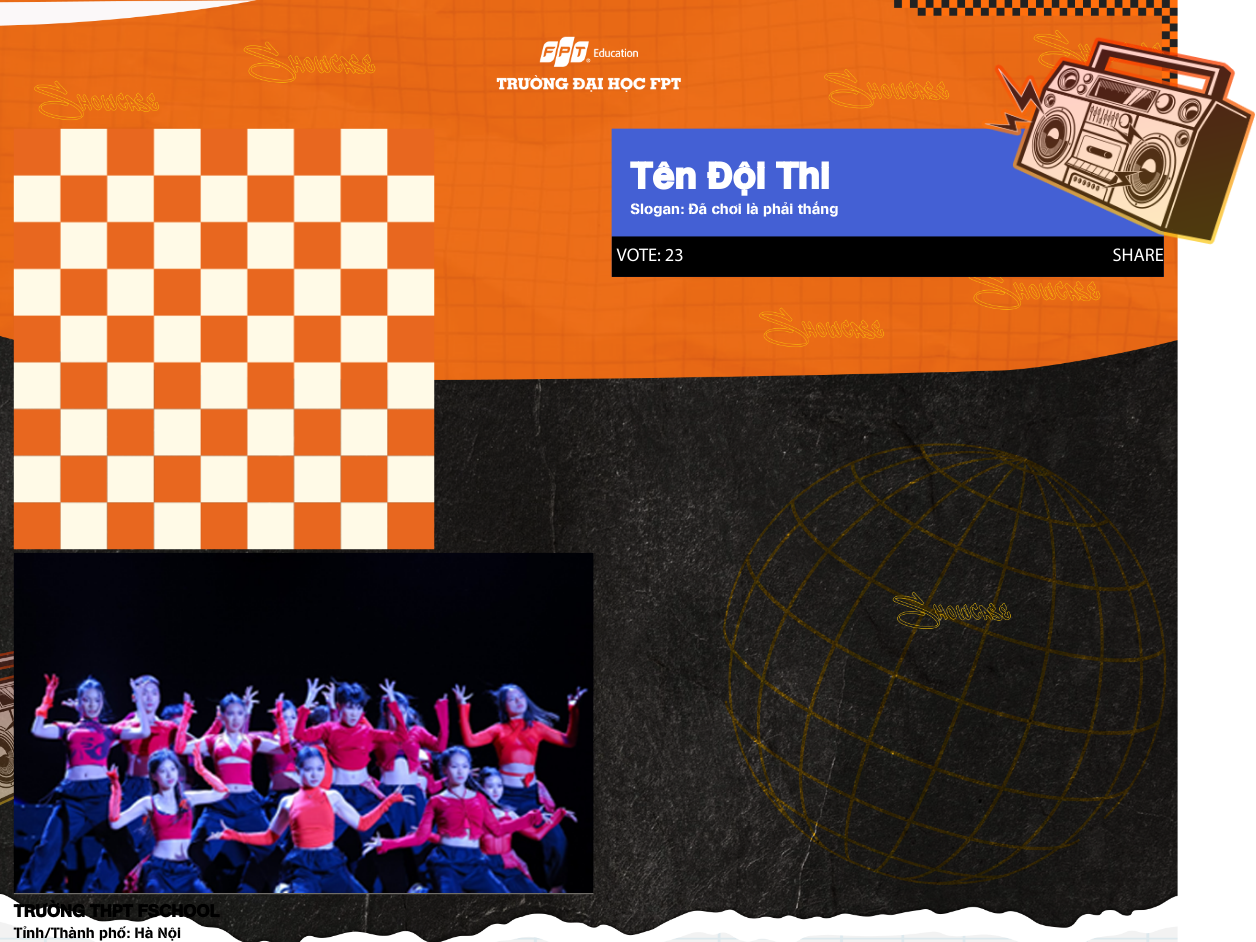
Repository: dinhtri123/hola_fpt
Page: detail.html
These files come from the project's save history. The page is drawn as it stood at one moment and after the next save; the edit follows.
The browser window is 1280 px wide. The page is 1365 px wide, so the pictures cover 1365 px, including what lies to the right of the window. The pictures show the whole page, at 92% of full size.

Above is the page before, as saved 2025-01-04 22:46:51.

### detail.html
<!DOCTYPE html>
<html lang="en">

<head>
  <meta charset="UTF-8">
  <meta name="viewport" content="width=device-width, initial-scale=1.0">
  <title>Detail</title>
  <link rel="stylesheet" href="styles.css">
</head>

<body>
  <section class="detail">
    <img src="./images/detail-bg.png" class="detail-bg" alt="">
    <div class="container">
      <a href="#" class="detail-logo">
        <img src="./images/logo.png" alt="">
      </a>
      <div class="detail-top">
        <div class="detail-top-left">
          <img src="./images/detail-img1.png" class="detail-top-left-bg" alt="">
          <img src="./images/detail-img.png" class="detail-top-left-img" alt="">
          <span>
            <h3>TRƯỜNG THPT FSCHOOL</h3>
            <P>Tỉnh/Thành phố: Hà Nội</P>
          </span>
        </div>
        <div class="detail-top-right">
          <img src="./images/detail-img2.png" alt="">
          <div class="detail-top-right-content">
            <h3>Tên Đội Thi</h3>
            <p>Slogan: Đã chơi là phải thắng</p>
          </div>
          <div class="news-item-action">
            <div class="vote">
              <i class="fa-regular fa-heart"></i>
              <span>VOTE: 23</span>
            </div>
            <div class="share">
              <i class="fa-regular fa-paper-plane"></i>
              SHARE
            </div>
          </div>
        </div>
      </div>
    </div>
  </section>
</body>

</html>

### styles.css
@font-face {
  font-family: "Myriad Pro";
  src: url("./fonts/MYRIADPRO-REGULAR.ttf") format("truetype");
}
@font-face {
  font-family: "SFUAGBuchStencilBQMedium";
  src: url("./fonts/SFUAGBuchStencilBQMedium.ttf") format("truetype");
  font-weight: normal;
  font-style: normal;
}
:root {
  --font-primary: "SFUAGBuchStencilBQMedium", sans-serif;
  --font-secondary: "Myriad Pro", sans-serif;
  --cl-white: #fff;
}
* {
  box-sizing: border-box;
  padding: 0;
  margin: 0;
}
body {
  font-family: var(--font-primary);
  font-size: 16px;
  font-weight: 400;
}
.container {
  max-width: 1630px;
  padding-left: 15px;
  padding-right: 15px;
  margin: 0px auto;
}
.sm {
  display: none !important;
}
.md {
  display: flex !important;
}
img {
  max-width: 100%;
  height: auto;
  object-fit: cover;
}
.intro > div {
  position: relative;
}
.intro-top {
  z-index: 1;
}
.intro-bg {
  position: absolute;
  width: 100%;
  height: 100%;
  top: 0;
  left: 0;
  z-index: -1;
  object-position: bottom;
}
.intro-inner {
  padding-top: 50px;
  text-align: center;
  z-index: 1;
}
.intro-logo {
  max-width: 280px;
}
.intro-title {
  margin-top: 30px;
}
.intro-title-small {
  margin-top: -60px;
  z-index: -1;
  position: relative;
}
.intro-btn {
  background: linear-gradient(to right, #e24103, #e66715);
  border-radius: 50px;
  border: 2px solid var(--cl-white);
  font-size: 54px;
  padding: 10px 100px 15px;
  color: var(--cl-white);
  text-transform: uppercase;
  font-family: var(--font-primary);
  line-height: 1;
  width: max-content;
  min-height: 80px;
  transform: translateY(30px);
}
.intro-bottom {
  padding-top: 180px;
  margin-top: -80px;
  text-align: center;
  padding-bottom: 100px;
}
.intro-bottom-desc {
  position: relative;
  padding: 220px 120px;
}
.intro-bottom-desc img {
  position: absolute;
  top: 0;
  left: 0;
  width: 100%;
  height: 100%;
  z-index: -1;
  object-fit: contain;
}
.intro-bottom-desc p {
  padding: 100px 50px;
  background: rgba(0, 0, 0, 0.5);
  color: var(--cl-white);
  font-family: var(--font-secondary);
  font-size: 30px;
  line-height: 1.4;
}
.intro-bottom .intro-btn {
  margin-top: -50px;
  transform: translateY(-40px);
}
/* reward */
.reward {
  position: relative;
}
.reward-bg {
  position: absolute;
  top: 0;
  left: 0;
  width: 100%;
  height: 100%;
}
.reward-inner {
  padding: 100px 0px;
  position: relative;
}
.time {
  position: relative;
  padding: 100px 0px 40px;
}
.time-bg {
  position: absolute;
  top: 0;
  left: 0;
  width: 100%;
  height: 100%;
  z-index: -1;
  object-position: bottom;
}
.time h2 {
  text-align: center;
  margin-top: 80px;
  margin-bottom: 50px;
}
.time-search {
  max-width: 80%;
  width: 100%;
  position: relative;
  min-height: 70px;
  padding: 10px;
  display: flex;
  align-items: center;
  border: 2px solid #f15a24;
  border-radius: 50px;
  margin: 0px auto;
}
.time-search input {
  flex: 1;
  width: 100%;
  height: 100%;
  background: transparent;
  border: none;
  outline: none;
  min-height: inherit;
  padding: 5px 20px;
  font-family: var(--font-secondary);
  font-size: 30px;
  color: var(--cl-white);
}
.time-search input::placeholder {
  color: var(--cl-white);
}
.time-search span {
  display: flex;
  width: max-content;
  height: 100%;
  background: linear-gradient(to right, transparent, #5e321a);
  align-items: center;
  min-height: inherit;
  padding: 5px 30px;
  text-transform: uppercase;
  color: var(--cl-white);
  font-size: 30px;
  border-radius: 50px;
  cursor: pointer;
}
.footer {
  margin-top: 100px;
}
.footer-top {
  display: flex;
  justify-content: space-between;
  align-items: flex-end;
  border-bottom: 1px solid var(--cl-white);
  padding: 10px 0px;
}
.footer-top p {
  font-family: var(--font-secondary);
  font-size: 24px;
  color: var(--cl-white);
}
.footer-social {
  display: flex;
  gap: 10px;
  align-items: center;
}
.footer-social a {
  width: 60px;
  height: 60px;
  border-radius: 8px;
  background-color: #f37021;
  color: var(--cl-white);
  display: flex;
  align-items: center;
  justify-content: center;
  text-decoration: none;
}
.footer-social a i {
  font-size: 24px;
}
.footer-main {
  margin-top: 50px;
  text-align: center;
  color: var(--cl-white);
  font-family: var(--font-secondary);
}
.footer-logo {
  margin-bottom: 20px;
  display: block;
}
.footer address {
  font-size: 28px;
  margin-bottom: 5px;
}
.footer-main a {
  display: block;
  text-align: center;
  color: var(--cl-white);
  text-decoration: none;
  font-size: 24px;
  margin: 0px auto 5px;
  width: fit-content;
}
.news-list {
  display: grid;
  grid-template-columns: repeat(3, 1fr);
  justify-content: space-between;
  margin-top: 100px;
  gap: 50px;
  padding-bottom: 50px;
}
.news-item {
  max-width: 460px;
}
.news-item-top {
  position: relative;
  padding: 52px;
}
.news-item-bg {
  position: absolute;
  z-index: -1;
  top: 0;
  left: 0;
  width: 100%;
}
.news-top-content {
  background-color: #4460d4;
  color: var(--cl-white);
  padding: 18px;
  width: 86%;
  transform: translateY(-4px);
}
.news-top-content h3 {
  font-size: 32px;
  text-transform: uppercase;
  font-weight: 500;
}
.news-top-content p {
  font-size: 16px;
  font-weight: 500;
}
.news-item-bottom {
  background: #000;
  margin-top: -5px;
  color: var(--cl-white);
  border-bottom-left-radius: 12px;
  border-bottom-right-radius: 10px;
}
.news-item-desc {
  position: relative;
  transform: translateY(-25px);
}
.news-item-desc::before {
  content: "";
  position: absolute;
  top: 0;
  left: 0;
  background-image: url("./images/news-img2.png");
  background-repeat: no-repeat;
  width: 100%;
  height: 100%;
  background-size: 100% 100%;
  transform: scaleX(1.03) scaleY(1.5);
}
.news-item-desc p {
  max-width: 80%;
  margin: 0px auto;
  z-index: 1;
  font-size: 12px;
  position: relative;
  padding: 5px 0px;
  transform: rotate(-4deg);
  font-weight: 600;
  font-family: var(--font-secondary);
  color: #3b382b;
}
.news-item-desc p b {
  font-family: var(--font-primary);
  text-transform: uppercase;
}
.news-item-action {
  display: flex;
  justify-content: space-between;
  align-items: center;
  max-width: 80%;
  margin: 0px auto;
  padding: 10px 0px;
  font-size: 20px;
  font-family: var(--font-secondary);
}
.news-item-action > div {
  display: flex;
  gap: 5px;
  align-items: center;
  cursor: pointer;
}
.news-item-action > div i {
  font-size: 22px;
}

/* detail */
.detail {
  position: relative;
}
.detail-bg {
  position: absolute;
  top: 0;
  left: 0;
  width: 100%;
  height: 100%;
  z-index: -1;
  object-position: top;
}
.detail-logo {
  max-width: 200px;
  margin: 0px auto 40px;
  display: flex;
  padding-top: 40px;
}
.detail-top {
  display: flex;
  gap: 20px;
}
.detail-top-left {
  flex: 1;
}
.detail-top-right {
  max-width: 600px;
  position: relative;
  color: var(--cl-white);
  background-color: #4460d4;
  width: 100%;
  height: max-content;
}
.detail-top-right > img {
  position: absolute;
  top: -100px;
  right: -100px;
}
.detail-top-right-content {
  background-color: #4460d4;
  padding: 20px;
}
.detail-top-right h3 {
  font-size: 40px;
}
.detail-top-right p {
  font-size: 16px;
}
.detail .news-item-action {
  background-color: #000;
  max-width: 100%;
}

@media screen and (max-width: 1280px) {
  .news-list {
    grid-template-columns: repeat(2, 1fr);
  }
}
@media screen and (max-width: 1024px) {
  .intro-bottom-desc {
    padding: 100px 20px;
  }
  .intro-bottom-desc p {
    padding: 50px;
  }
  .news-top-content h3 {
    font-size: 20px;
  }
  .news-item-top {
    padding: 40px;
  }
  .news-list {
    gap: 40px;
  }
  .footer {
    margin: 0;
  }
}
@media screen and (max-width: 767px) {
  .sm {
    display: flex !important;
  }
  .md {
    display: none !important;
  }
  .intro-btn {
    padding: 10px 20px;
    min-height: auto;
    font-size: 16px;
  }
  .intro-bottom-desc p {
    padding: 20px;
    font-size: 16px;
  }
  .intro-logo {
    max-width: 120px;
    margin: 0px auto;
    display: flex;
  }
  .intro-inner .intro-bg {
    object-position: top;
    object-fit: fill;
  }
  .intro-inner {
    padding-top: 40px;
  }
  .intro-title-small {
    display: none;
  }
  .intro-inner .intro-btn {
    transform: translateY(20px);
  }
  .intro-title {
    max-width: 90%;
    margin: 30px auto 0px;
  }
  .intro-bottom {
    padding-top: 130px;
  }
  .intro-bottom > div > img:nth-child(3) {
    max-width: 80%;
  }
  .intro-bottom-desc {
    padding: 0px;
  }
  /* .intro-bottom-desc img {
    transform: scale(1.1);
  } */
  .intro-bottom .intro-btn {
    margin-top: 10px;
    transform: translateY(0px);
  }
  .time {
    padding: 40px 0px;
  }
  .time h2 {
    margin: 40px 0px 20px;
  }
  .time-search {
    max-width: 100%;
    min-height: 40px;
    padding: 5px;
  }
  .time-search input {
    font-size: 16px;
  }
  .time-search span {
    font-size: 14px;
    padding: 5px 10px;
    gap: 5px;
  }
  .time-search input {
    font-size: 16px;
    padding: 0px 10px;
  }
  .news-list {
    gap: 15px;
  }
  .news-item-top {
    padding: 5px;
  }
  .news-top-content {
    padding: 10px;
  }
  .news-top-content h3 {
    font-size: 12px;
  }
  .news-top-content p {
    font-size: 8px;
    font-weight: 500;
  }
  .news-item-desc p {
    font-size: 8px;
    max-width: 90%;
    transform: rotate(-8deg);
  }
  .news-item-desc::before {
    transform: scaleX(1.03) scaleY(1.4);
  }
  .news-item-action,
  .news-item-action > div i {
    font-size: 10px;
  }
  .news-item-bg {
    height: 100%;
  }
  .news-item-desc {
    transform: translateY(-6px) rotate(2deg);
  }
  .news-list {
    position: relative;
    padding-bottom: 80px;
    margin-top: 40px;
  }
  .news-list::before {
    content: "";
    position: absolute;
    top: 100px;
    left: -15px;
    background-image: url(./images/news-list-bg.png);
    background-repeat: no-repeat;
    background-size: cover;
    width: calc(100% + 30px);
    height: 95%;
    z-index: -1;
  }
  .footer {
    margin-top: 40px;
  }
  .footer-top p {
    font-size: 12px;
    max-width: 50%;
  }
  .footer-social a {
    width: 30px;
    height: 30px;
    border-radius: 4px;
  }
  .footer-social a i {
    font-size: 14px;
  }
  .footer-logo {
    max-width: 120px;
  }
  .footer-main h3 {
    max-width: 80%;
    margin: 0px auto;
  }
  .footer address {
    font-size: 14px;
  }
  .footer-main a {
    font-size: 14px;
  }
  .footer-main {
    margin-top: 20px;
  }
}

After the next save:
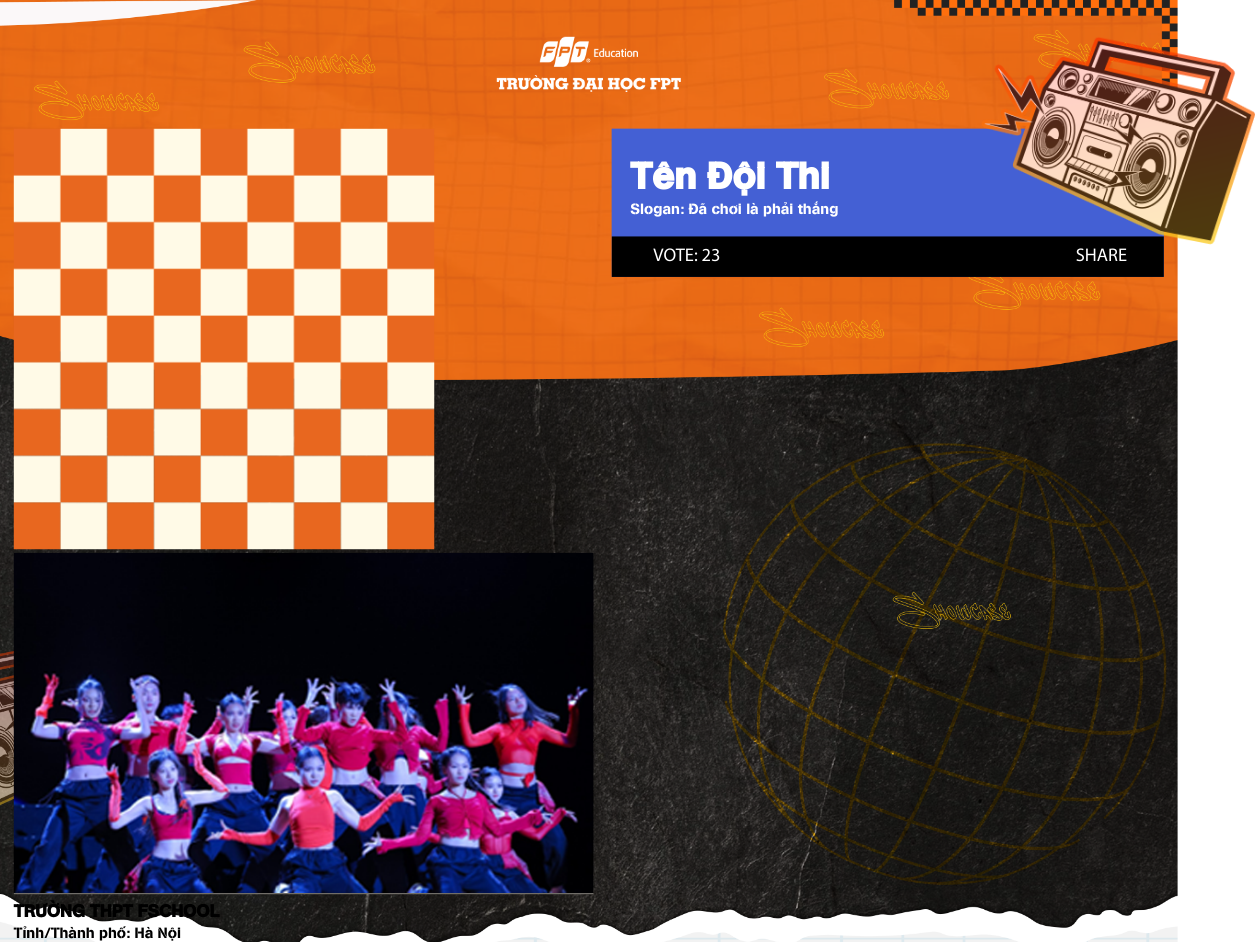
Saved 16 s later.
--- a/styles.css
+++ b/styles.css
@@ -397,6 +397,7 @@
 .detail .news-item-action {
   background-color: #000;
   max-width: 100%;
+  padding: 10px 40px;
 }
 
 @media screen and (max-width: 1280px) {
